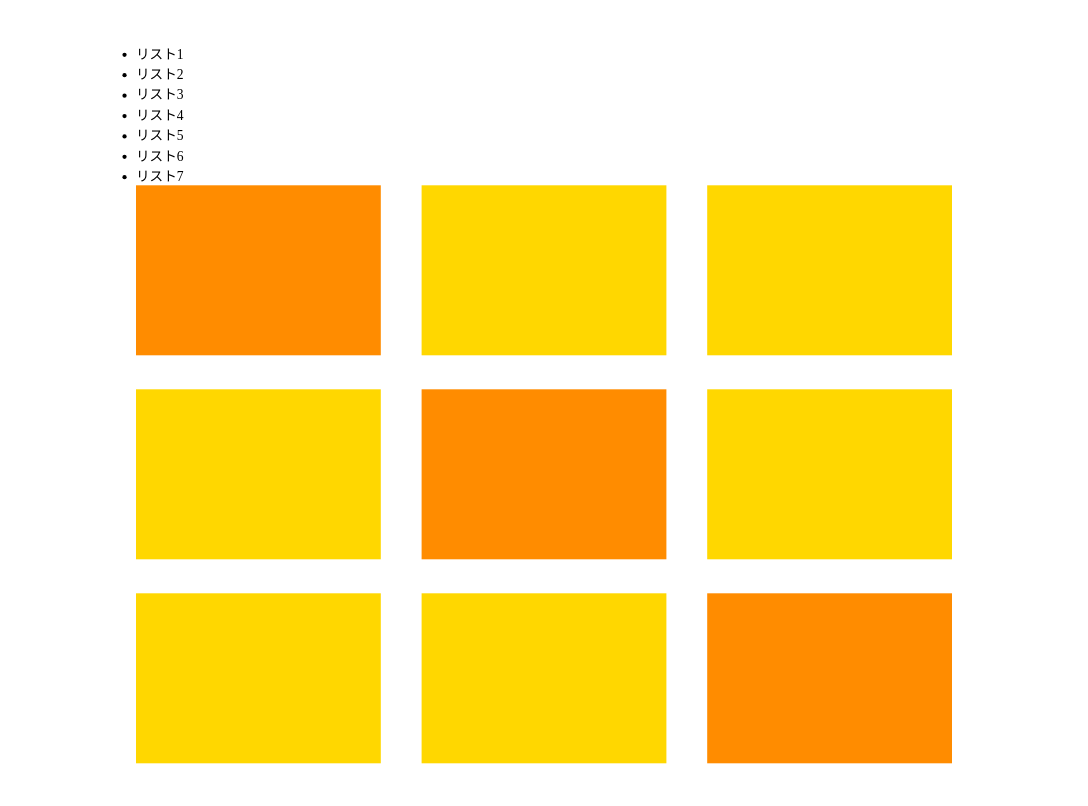
Repository: pooh0721/-
Page: c8/c8.html
The author's editor kept a record of every edit. The page is drawn from the files as they stood at one moment, then again after the next edit.
The browser window is 1280 px wide. The pictures show the whole page, at 85% of full size.

Above is the page before.

After the next edit:
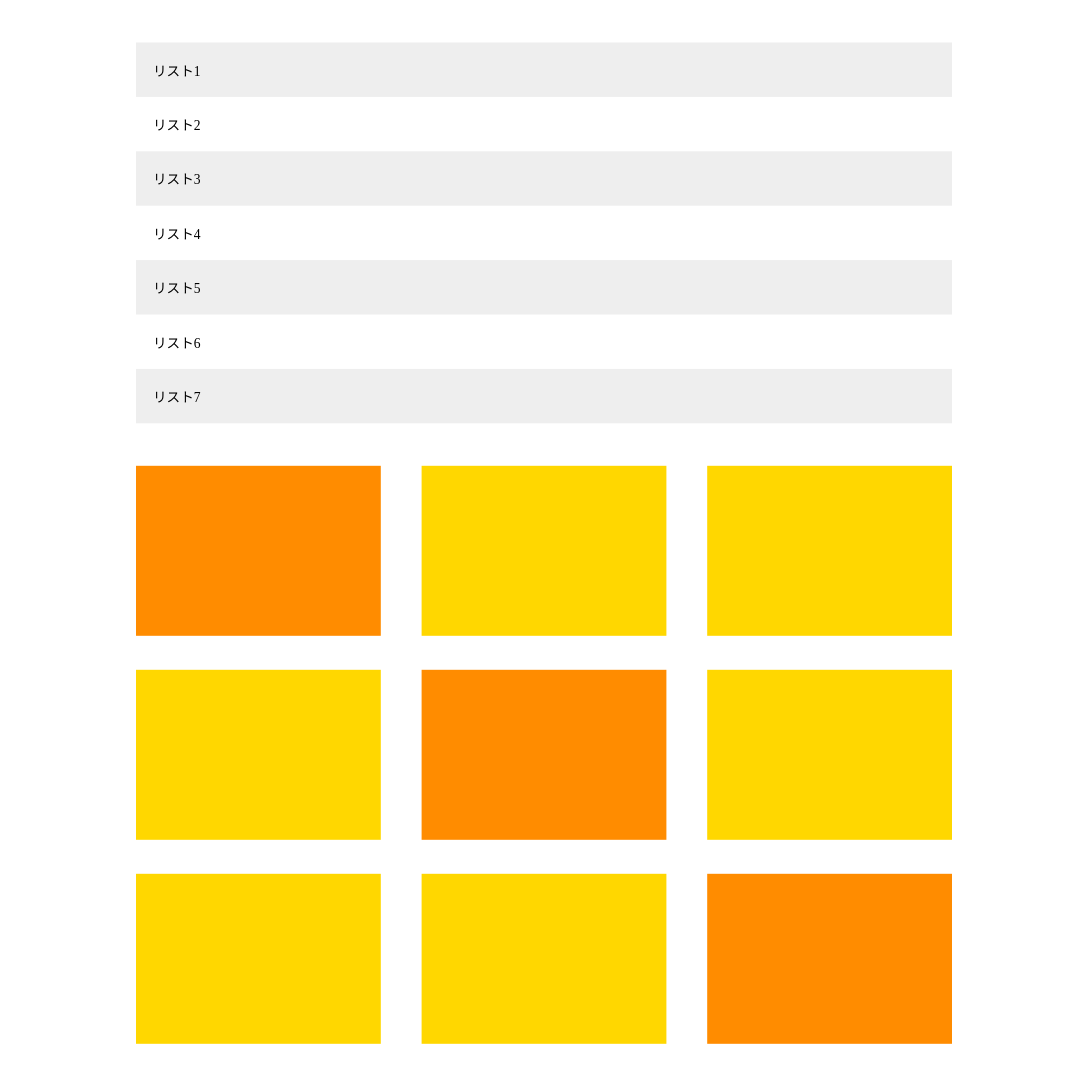
The edit:
--- a/c8/style.css
+++ b/c8/style.css
@@ -3,24 +3,26 @@
   padding: 0;
   box-sizing: border-box;
 }
+
 main {
   width: 960px;
   margin: 50px auto;
 }
 
-.list-box {
+.item-list {
+
   margin-bottom: 50px;
 }
 
-.list {
-
+.item {
   padding: 20px;
   list-style: none;
+}
 
-}
-.list:nth-child(odd){
+.item:nth-child(odd) {
   background-color: #eee;
 }
+
 .box-list {
   display: flex;
   flex-wrap: wrap;
